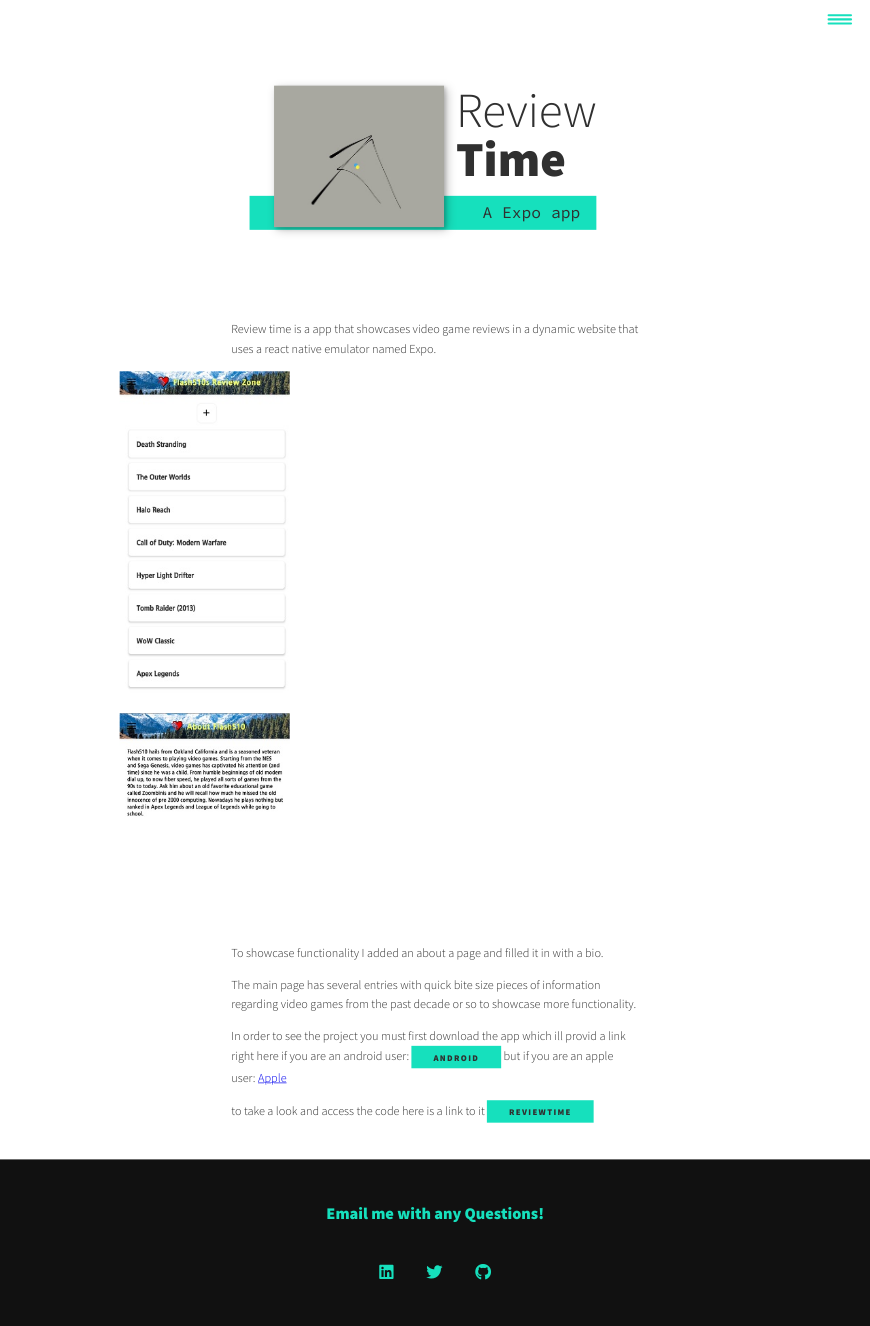
Repository: MadDogFlash/Hello-World
Page: Website/portfolio-item.html
The author's editor kept a copy of each file at every save. The page is drawn from the files as they stood at one save, then again after the next save.
The browser window is 1280 px wide. The pictures show the whole page, at 68% of full size.
Some web libraries are served in a nearby version.

Above is the page before, as saved 2020-06-17 18:29:15.

After the next save:
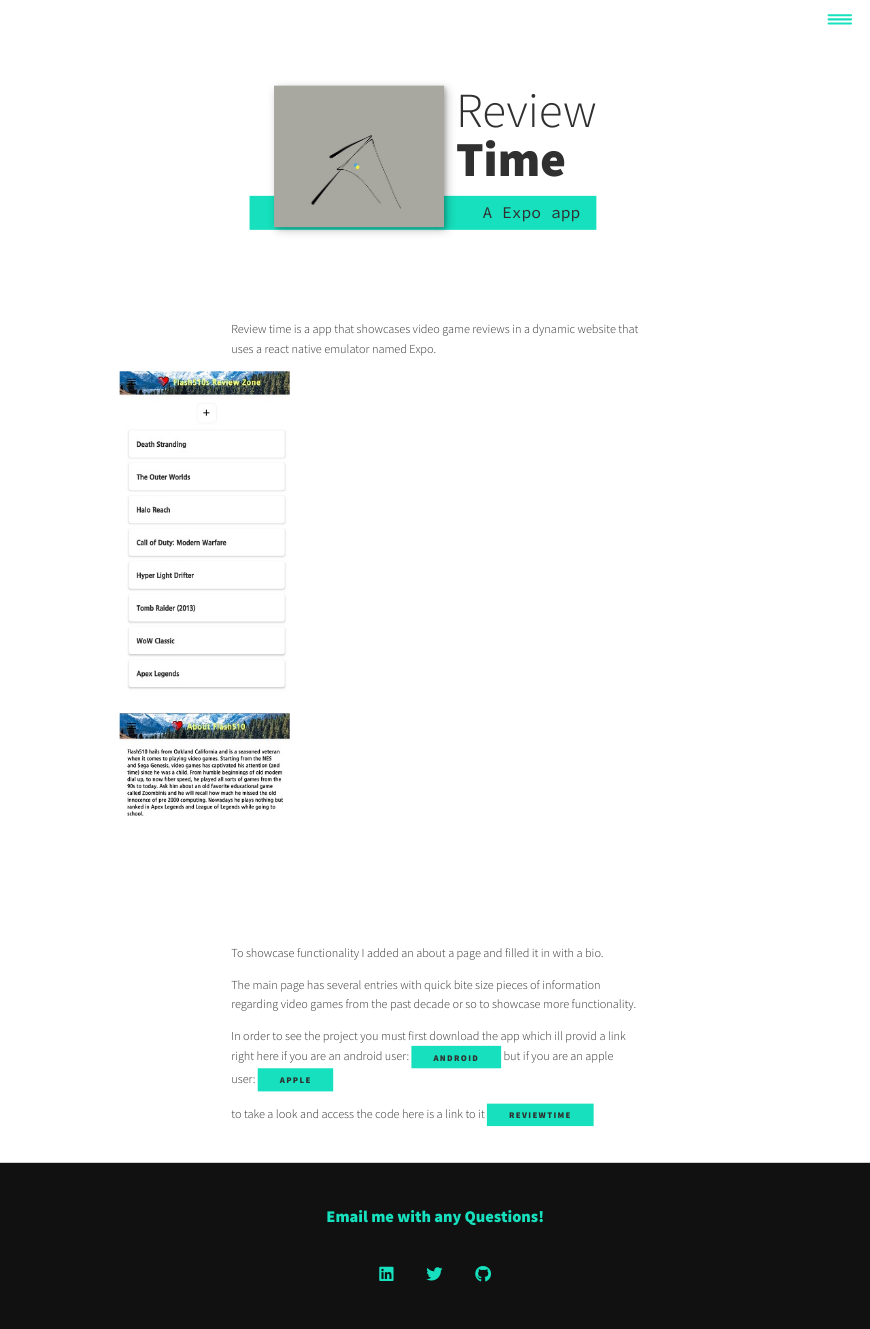
Saved 25 s later.
--- a/Website/portfolio-item.html
+++ b/Website/portfolio-item.html
@@ -44,7 +44,7 @@
             <p>To showcase functionality I added an about a page and filled it in with a bio.</p>
             <p>The main page has several entries with quick bite size pieces of information regarding video games from the past decade or so to showcase more functionality.</p>
             <p>In order to see the project you must first download the app which ill provid a link right here if you are an android user:  <a href="https://play.google.com/store/apps/details?id=host.exp.exponent&referrer=www" class="btn">Android</a>
-            but if you are an apple user: <a href="https://apps.apple.com/app/apple-store/id982107779class="btn">Apple</a>  </a> </p>
+            but if you are an apple user: <a href="https://apps.apple.com/app/apple-store/id982107779" class="btn">Apple</a> </p>
             <p>to take a look and access the code here is a link to it <a href="https://github.com/MadDogFlash/Review-time" class="btn">ReviewTime</a></p>
         </div>
 
